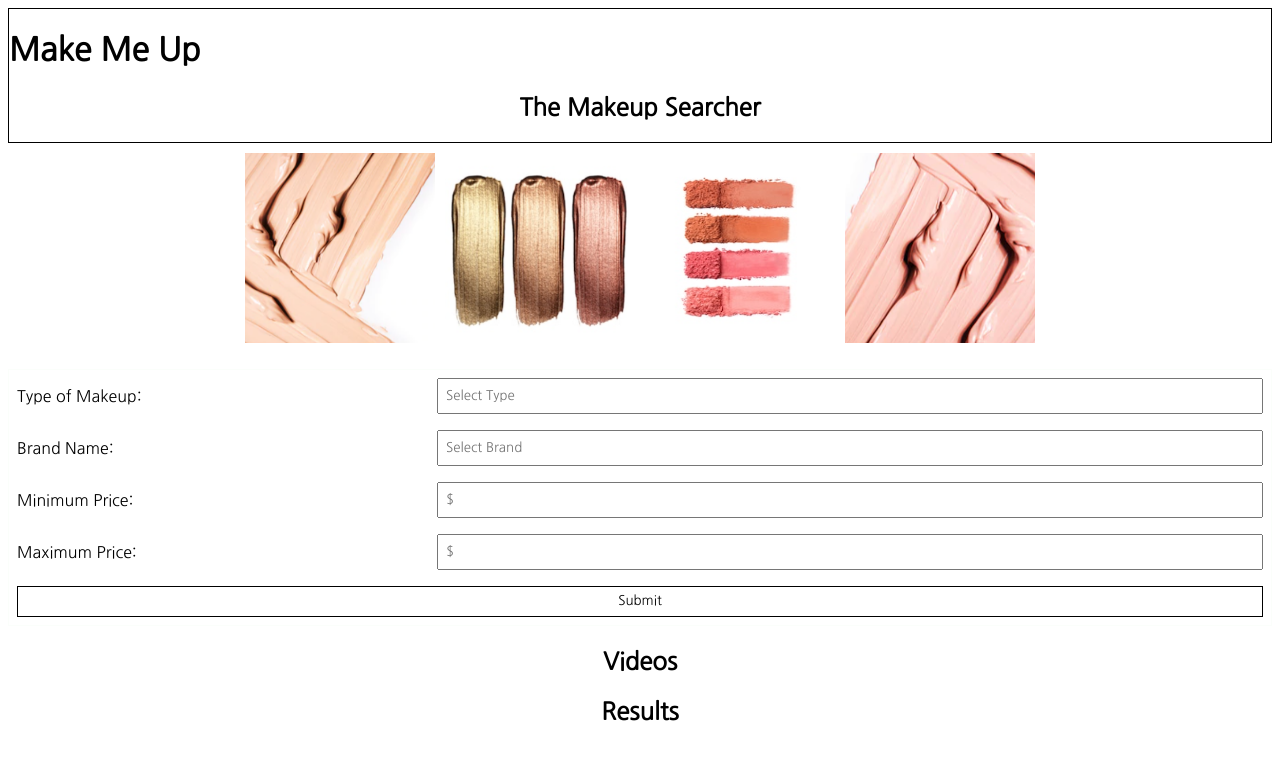
Repository: kaitlynMidori/MakeMeUp
Page: index.html
An editor plug-in stored every save of this project. The page is shown before and after the next save, followed by the edit.
The browser window is 1280 px wide. The pictures show the whole page.

Above is the page before, as saved 2020-12-10 15:20:20.

### index.html
<!DOCTYPE html>
<html lang="en">

<head>
    <meta charset="utf-8">
    <meta name="viewport" content="width=device-width">
    <title>Make Me Up</title>
    <link href="style.css" rel="stylesheet" type="text/css" />
    <link rel="preconnect" href="https://fonts.gstatic.com">
    <link href="https://fonts.googleapis.com/css2?family=Nanum+Gothic&display=swap" rel="stylesheet">
</head>

<body>

    <header>
        <h1>Make Me Up</h1>
        <h2>The Makeup Searcher</h2>
    </header>

    <div id="img-container" class="img" style="padding: 5px;">
        <img src="images/smear1.png" alt="eyeshadow smear" height="200" width="200" style="padding: 5px;">
        <img src="images/smear2.png" alt="lipstick smear" height="200" width="200" style="padding: 5px;">
        <img src="images/smear4.jpg" alt="concealer smear" height="200" width="200" style="padding: 5px;">
        <img src="images/smear3.png" alt="blush smear" height="200" width="200" style="padding: 5px;">
    </div>

    <div class="form-container">
        <form id="js-form">
            <ul class="formWrapper">
                <li class= "form-row">
                    <label class="search-term" for="product-type">Type of Makeup:</label>
                    <input class="product-type input" type="text" name="product-type" id="product-type" placeholder="Select Type" list="product-type-list">
                    <datalist id="product-type-list">
                        <option value="Blush">
                        <option value="Bronzer">
                        <option value="Eyebrow">
                        <option value="Eyeliner">
                        <option value="Eyeshadow">
                        <option value="Foundation">
                        <option value="Lip Liner">
                        <option value="Lipstick">
                        <option value="Mascara">
                        <option value="Nail Polish">
                    </datalist>
                </li>

                <li class="form-row">
                    <label class="search-term" for="brand">Brand Name:</label>
                    <input class="brand input" type="text" name="brand" id="brand" placeholder="Select Brand" list="brand-list">
                    <datalist id="brand-list">
                        <option value="Almay">
                        <option value="Alva">
                        <option value="Anna Sui">
                        <option value="Annabelle">
                        <option value="Benefit">
                        <option value="Boosh">
                        <option value="Burt's Bees">
                        <option value="Butter London">
                        <option value="C'est Moi">
                        <option value="Cargo Cosmetics">
                        <option value="China Glaze">
                        <option value="Clinique">
                        <option value="Coastal Classic Creation">
                        <option value="Colourpop">
                        <option value="Covergirl">
                        <option value="Dalish">
                        <option value="Deciem">
                        <option value="Dior">
                        <option value="Dr. Hauschka">
                        <option value="e.l.f">
                        <option value="Essie">
                        <option value="Fenty">
                        <option value="Glossier">
                        <option value="Green People">
                        <option value="Iman">
                        <option value="L'oreal">
                        <option value="Lotus Cosmetics USA">
                        <option value="Maia's Mineral Galaxy">
                        <option value="Marcelle">
                        <option value="Marienatie">
                        <option value="Maybelline">
                        <option value="Milani">
                        <option value="Mineral Fusion">
                        <option value="Misa">
                        <option value="Mistura">
                        <option value="Moov">
                        <option value="Nudus">
                        <option value="NYX">
                        <option value="ORLY">
                        <option value="Pacifica">
                        <option value="Penny Lane Organics">
                        <option value="Physicians Formula">
                        <option value="Piggy Paint">
                        <option value="Pure Anada">
                        <option value="Rejuva Minerals">
                        <option value="Revlon">
                        <option value="Sally B's Skin Yummies">
                        <option value="Salon Perfect">
                        <option value="Sante">
                        <option value="Sinful Colours">
                        <option value="Smashbox">
                        <option value="Stila">
                        <option value="Suncoat">
                        <option value="w3llpeople">
                        <option value="wet n wild">
                        <option value="Zorah">
                        <option value="Zorah Biocosmetiques">
                    </datalist>
                </li>

                <li class="form-row">
                    <label class="search-term" for="min-price-input">Minimum Price:</label>
                    <input class="min-price input" type="number" name="min-price" id="min-price-input" placeholder="$">
                </li>

                <li class="form-row">
                    <label class="search-term" for="max-price-input">Maximum Price:</label>
                    <input class="max-price input" type="number" name="max-price" id="max-price-input" placeholder="$">
                </li>

                <li class="form-row">
                    <input id="submit-btn" type="submit" value="Submit">
                </li>
            </ul>
        </form>
    </div>


        <p id="js-error-message" class="error-message"></p>

        <section id="yt-results" class="hidden">
            <h2>Videos</h2>
            <ul id="yt-results-list">
            </ul>
        </section>
    <div id="results-container" class="hidden">
        <h2>Results</h2>
            <ul id="results-list">
            </ul>
    </div>

    <script src="https://code.jquery.com/jquery-3.3.1.js" integrity="sha256-2Kok7MbOyxpgUVvAk/HJ2jigOSYS2auK4Pfzbm7uH60=" crossorigin="anonymous"></script>
    <script src="script.js"></script>

</body>

</html>

### style.css
* {
    box-sizing: border-box;
}

hidden {
    display: none;
}

* {
    font-family: 'Nanum Gothic', sans-serif;
    color: black;
}

/* header styling */
header {
    background-color: white;
    border-style: solid;
    border-width: thin;
    border-color: black;
}

h2 {
    text-align: center;
}

/* Body styling */
body {
    background-color: white;
}

/* Image styling */

#img-container {
    display: flex;
    flex-direction: row;
    flex-wrap: nowrap;
    justify-content: center;
}

/* Form styling */
.formWrapper {
    background-color: white;
    list-style-type: none;
    padding: 0;
    border-style: solid;
    border-width: thin;
    border-color: #fbfefb;
}

.form-row {
    display: flex;
    justify-content: center;
    padding: .5em;
}

.form-row >label {
    padding: .5em 1em .5em 0;
    flex: 1;
}

.form-row > input {
    flex: 2;
}

.form-row > input,
.form-row > button {
    padding: .5em;
}

#submit-btn {
    background-color: white;
    color: black;
    border-style: solid;
    border-width: thin;
    border-color: black;
}

/* results styling */


#results-list{
    display: flex;
    flex-wrap: wrap;
    justify-content: center;
    font-size: 12px;
}

.each-product-result {
    padding-left: 7px;
    list-style-type: none;
    background-color: white;
    border: lightgray;
    border-style: solid;
    border-width: thin;
    width: 200px;
}

.each-product-result > .product-name {
    display: block;
    margin-right: auto;
    margin-left: auto;
    font-size: 12px;
    width: 160px;
}

.each-product-result > .product-img {
    display: block;
    border: white;
    border-style: solid;
    border-width: thin;
    margin-left: auto;
    margin-right: auto;
    height: 150px;
    width: 150px;
}

.each-product-result > .product-price {
    font-style: italic;
}

.each-product-result > .product-description {
    font-size: 12px;
    font-weight: lighter;
    width: 180px;
}

/* YouTube video Styling */

### script.js
 'use strict';

const makeupURL = 'https://makeup-api.herokuapp.com/api/v1/products.json';

//watch form
//prevent submit btn default
//collect values for user input
function watchForm() {
    $('form').submit(event => {
        event.preventDefault();
        const searchTerm = $('#product-type').val();
        const brand = $('#brand').val();
        const minPrice = $('#min-price-input').val();
        const maxPrice = $('#max-price-input').val();
        getMakeUp(searchTerm, brand, minPrice, maxPrice);
        getYoutubeVideo(searchTerm, brand);
    });
}

//format url
function formatQueryParams(params) {
    const queryItems = Object.keys(params)
        .map(key => `${encodeURIComponent(key)}=${encodeURIComponent(params[key])}`)
    return queryItems.join('&');
}

function getMakeUp(searchTerm, brand, minPrice, maxPrice) {
    const params = {
        product_type: searchTerm,
        brand: brand,
        price_greater_than: minPrice,
        price_less_than: maxPrice,
    };

    const queryString = formatQueryParams(params)
    const url = makeupURL + '?' + queryString;
    console.log(url);

    fetch(url)
        .then(response => {
            if (response.ok) {
                return response.json();
            }
            throw new Error(response.statusText);
        })
        .then(responseJson => displayResults(responseJson))
        .catch(err => {
            $('#js-error-message').text(`Something went wrong: ${err.message}`);
        });
}

function displayResults(responseJson) {
    // if there are previous results, remove them
    console.log(responseJson);
    $('#results-list').empty();

    //if there are no results, display a msg
    if (!Object.keys(responseJson).length) {
        $('#results-list').append(`<h2>Sorry, No Products Found For That Make-Up and/or Brand</h2>`);
    }
    // iterate through the items array
    for (let i = 0; i < responseJson.length; i++) {

        // for each makeup object in the items array, add a list item to the results
        //list with the full name, img, price, description, url
        $('#results-list').append(
            `<li class="each-product-result">
      <h3 class="product-name">${responseJson[i].name}</h3>
      <img class="product-img" src="${responseJson[i].image_link}">

      <br>

      <p class="product-price">$${responseJson[i].price}</p>
      <p class="product-description">${responseJson[i].description}</p>
      </li>`
        )
    };

    //display the results section
    $('#results').removeClass('hidden');

    //clear input after results load
    $('#product-type').val('')
    $('#brand').val('')
    $('#min-price-input').val('');
    $('#max-price-input').val('');
};

$(watchForm);

// *****************Youtube video portion**************************************

const youtubeURL = 'https://www.googleapis.com/youtube/v3/search';

function getYoutubeVideo(searchTerm, brand) {
 const params = {
    part:'snippet',
    key:'AIzaSyDLTkOknlkbRK8xtwwM4HzWWfjG2awJktI',
    q: searchTerm + brand + ' makeup',
    maxResults: 5,
    type: 'video',
    order: 'Relevance',
    safeSearch: 'strict',
    relevanceLanguage: 'en'
  };

  const queryString = formatQueryParams(params)
  const url = youtubeURL + '?' + queryString;
  console.log(url);

  fetch(url)
    .then(response => {
      if (response.ok) {
        return response.json();
      }
      throw new Error(response.statusText);
    })
    .then(responseJson => displayYoutubeResults(responseJson))
    .catch(err => {
      $('#js-error-message').text(`Something went wrong: ${err.message}`);
    });
}

function displayYoutubeResults(responseJson) {
  console.log(responseJson);

  $('#yt-results-list').empty();

  if(!Object.keys(responseJson.items).length){
    $('#yt-results-list').append(`<h2>Sorry, No Videos Found For That Make-Up and/or Brand</h2>`);
  }

  for (let i = 0; i < responseJson.items.length; i++){
    $('#yt-results-list').append(
      `<li>
      <a href="https://www.youtube.com/watch?v=${responseJson.items[i].id.videoId}?vq=hd1080" target=_blank>
        <h3>${responseJson.items[i].snippet.title}</h3>
      </a>

      <p>Channel: <a href="https://www.youtube.com/channel/${responseJson.items[i].snippet.channelId}" target=_blank>${responseJson.items[i].snippet.channelTitle}</a></p>

      <p>${responseJson.items[i].snippet.description}</p>

      <a href="https://www.youtube.com/watch?v=${responseJson.items[i].id.videoId}?vq=hd1080" target=_blank>
        <img src="${responseJson.items[i].snippet.thumbnails.default.url}">
      </a>
      </li>`)
  };

  $('#yt-results').removeClass('hidden');
};

After the next save:
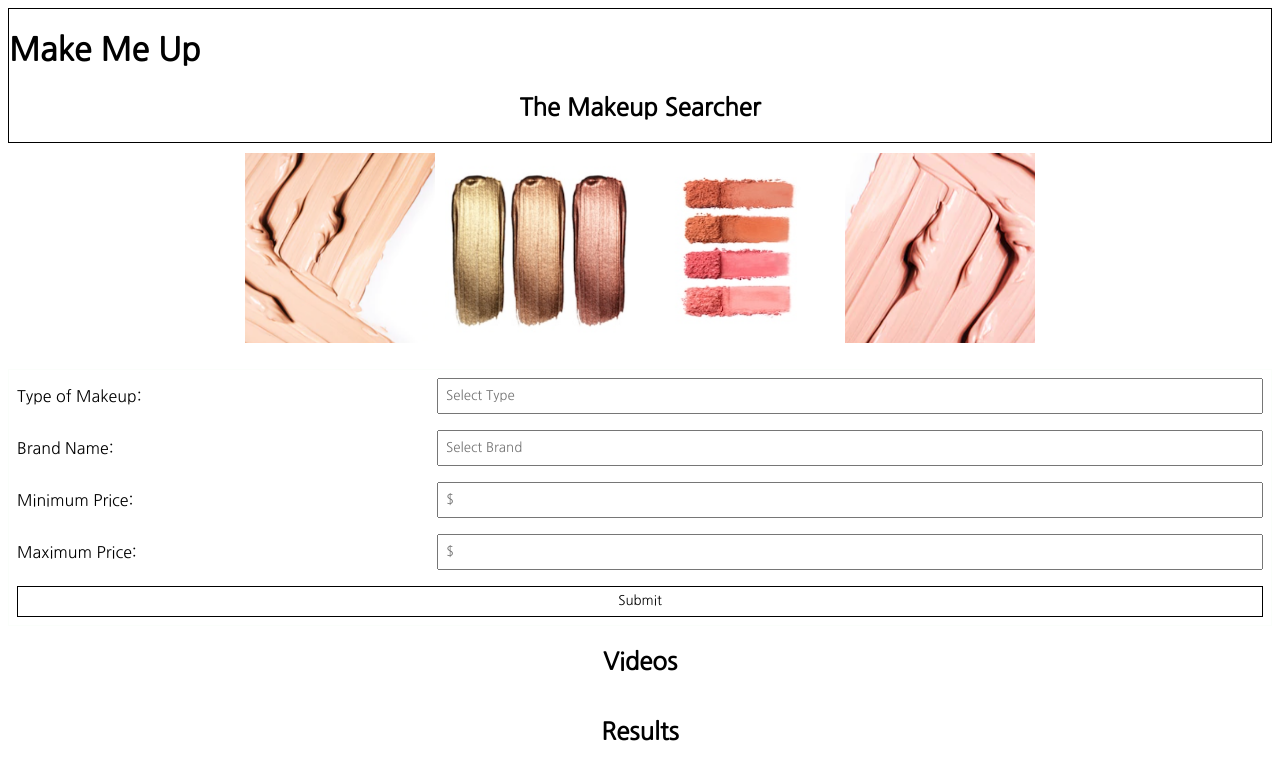
Saved 93 s later.
--- a/style.css
+++ b/style.css
@@ -125,3 +125,10 @@ body {
 }
 
 /* YouTube video Styling */
+
+#yt-results-list {
+    display: flex;
+    flex-wrap: wrap;
+    justify-content: center;
+    font-size: 12px;
+}
